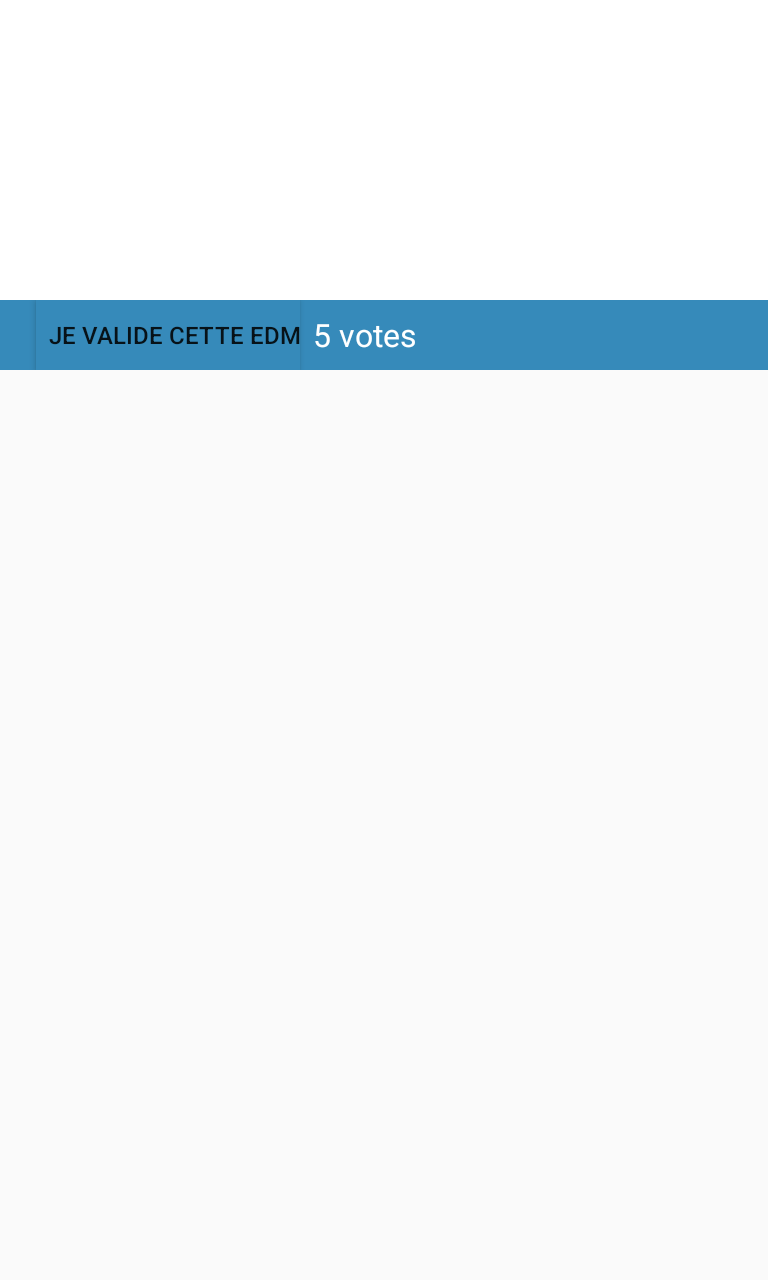
Repository: pierrealexvezinet/excusedemerde
Layout: edm/res/layout/edm_textview_layout.xml
These files come from the project's save history. The layout is drawn as it stood at one moment and after the next save; the edit follows.
It is drawn on a 768 x 1280 px phone screen (xhdpi) without system bars, with theme Theme.AppCompat.Light; the app's code is not run.

Above is the layout before, as saved 2014-02-23 02:43:48.

After the next save:
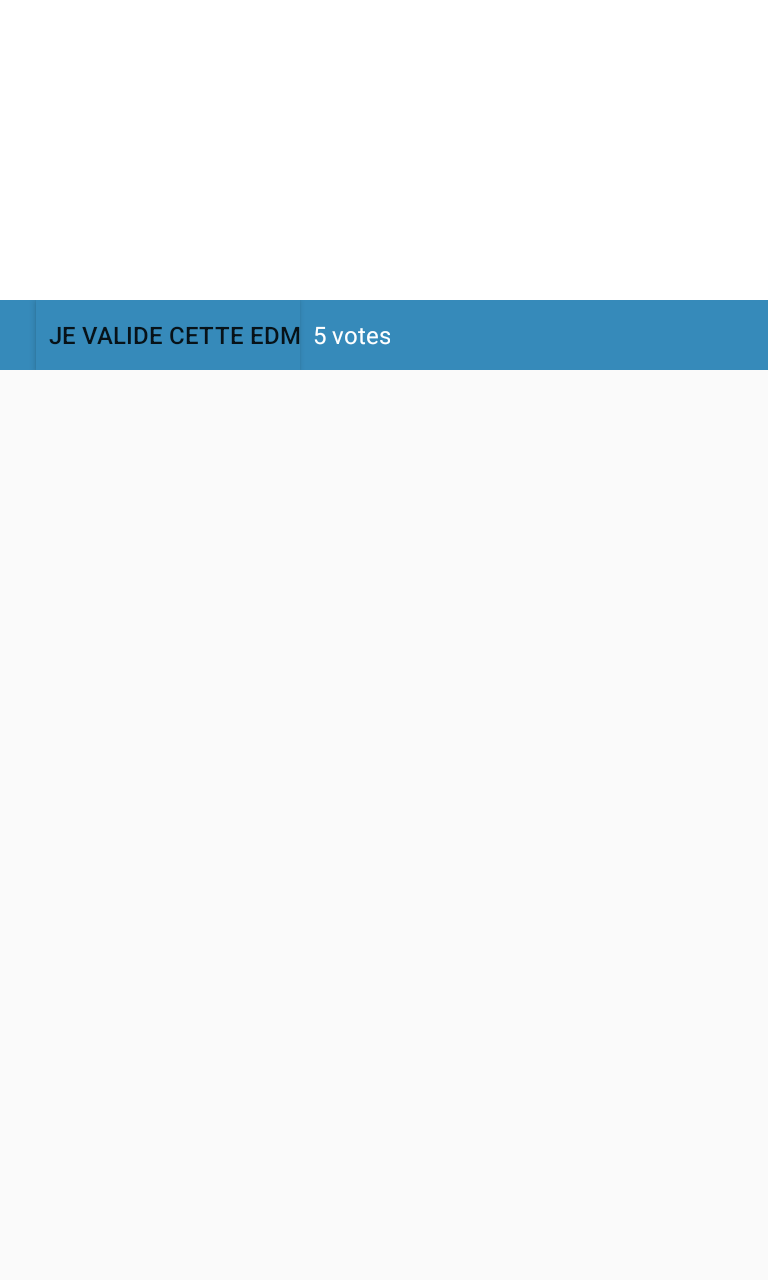
Saved 8 s later.
--- a/edm/res/layout/edm_textview_layout.xml
+++ b/edm/res/layout/edm_textview_layout.xml
@@ -92,7 +92,7 @@
                 android:paddingLeft="6dip"
                 android:text="5 votes"
                 android:textColor="@color/white"
-                android:textSize="16sp" />
+                android:textSize="12sp" />
         </RelativeLayout>
     </RelativeLayout>
 
